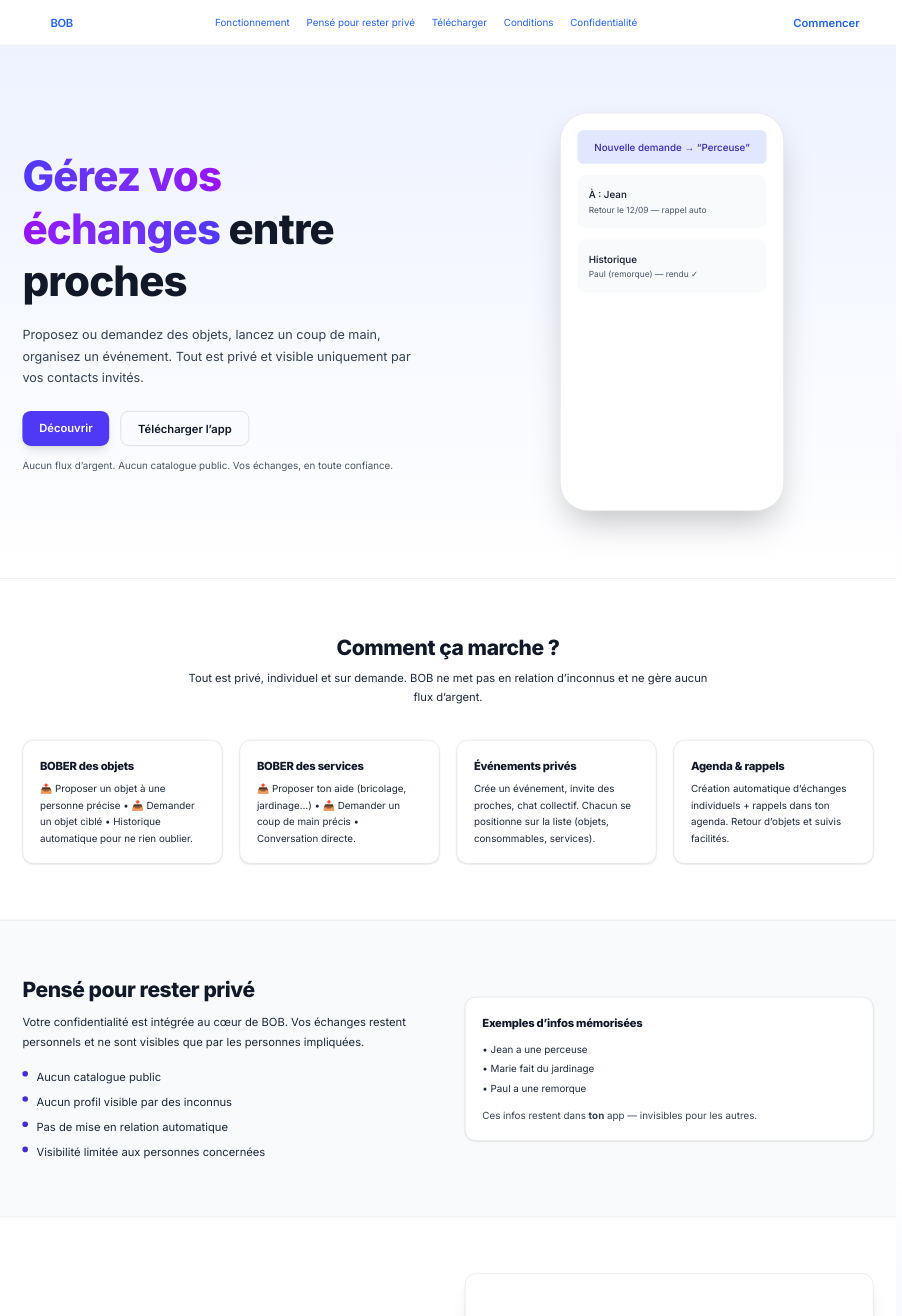
Repository: JeanCharlesMEILLAND/new-bob
Page: /
The author's editor kept a copy of each file at every save. The page is drawn from the files as they stood at one save, then again after the next save.
The browser window is 1280 px wide. The page is 1288 px wide, so the pictures cover 1288 px, including what lies to the right of the window. The pictures show the part of the page from y = 0 to 1880 px (the page is 2700 px tall), at 70% of full size.
The project was rebuilt for these pictures with package versions that can differ from the ones it lists, and the page was loaded fresh each time. The framework's server and built-in components were replaced by stand-ins that run in the browser. Also part of the build but not shown: next.config.ts.

Above is the page before, as saved 2025-08-12 00:27:09.

After the next save:
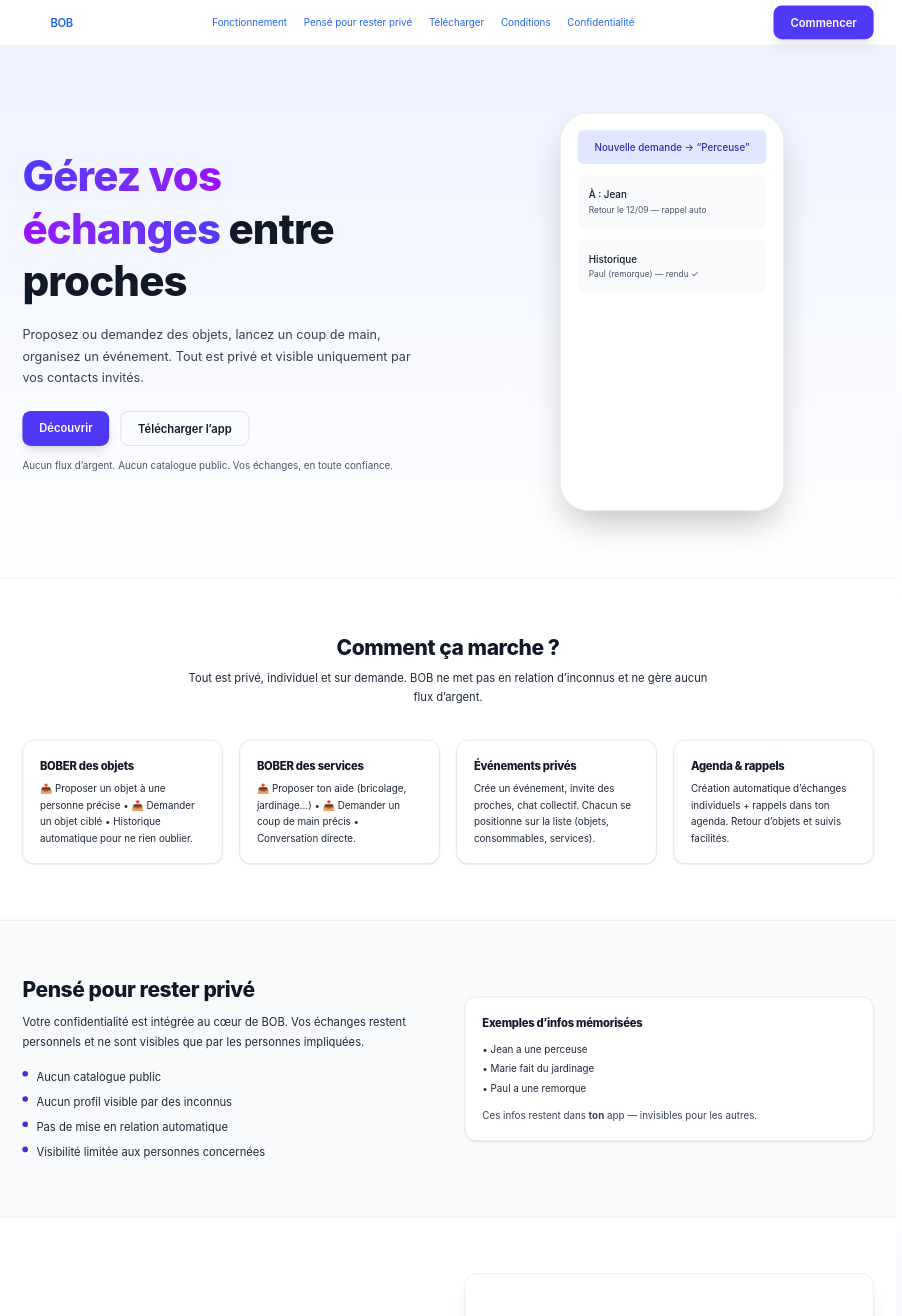
Saved 15 s later.
--- a/src/app/layout.tsx
+++ b/src/app/layout.tsx
@@ -1,9 +1,6 @@
 import type { Metadata } from "next";
 import Link from "next/link";
-import { Inter } from "next/font/google";
 import "./globals.css";
-
-const inter = Inter({ subsets: ["latin"], display: "swap" });
 
 export const metadata: Metadata = {
   title: "BOB — Carnet privé d’échanges entre proches",
@@ -34,7 +31,7 @@
 export default function RootLayout({ children }: { children: React.ReactNode }) {
   return (
     <html lang="fr">
-      <body className={`${inter.className} antialiased bg-white text-gray-900`}>
+      <body className="antialiased bg-white text-gray-900">
         {/* HEADER */}
         <header className="sticky top-0 z-50 backdrop-blur bg-white/95 border-b border-gray-200 shadow-soft">
           <div className="container h-16 flex items-center justify-between">
@@ -46,20 +43,15 @@
 
             {/* Nav */}
             <nav className="hidden md:flex items-center gap-6">
-              <a href="#fonctionnement" className="text-sm text-gray-900 hover:text-brand">Fonctionnement</a>
-              <a href="#prive" className="text-sm text-gray-900 hover:text-brand">Pensé pour rester privé</a>
-              <a href="#telecharger" className="text-sm text-gray-900 hover:text-brand">Télécharger</a>
-              <Link href="/conditions-utilisation" className="text-sm text-gray-900 hover:text-brand">Conditions</Link>
-              <Link href="/confidentialite" className="text-sm text-gray-900 hover:text-brand">Confidentialité</Link>
+              <a href="#fonctionnement" className="text-sm text-gray-900 hover:text-brand-dark">Fonctionnement</a>
+              <a href="#prive" className="text-sm text-gray-900 hover:text-brand-dark">Pensé pour rester privé</a>
+              <a href="#telecharger" className="text-sm text-gray-900 hover:text-brand-dark">Télécharger</a>
+              <Link href="/conditions-utilisation" className="text-sm text-gray-900 hover:text-brand-dark">Conditions</Link>
+              <Link href="/confidentialite" className="text-sm text-gray-900 hover:text-brand-dark">Confidentialité</Link>
             </nav>
 
             {/* CTA */}
-            <a
-              href="#telecharger"
-              className="px-5 py-2.5 rounded-xl bg-brand text-white font-semibold shadow-soft hover:bg-brand-dark focus:outline-none focus:ring-2 focus:ring-brand focus:ring-offset-2 transition"
-            >
-              Commencer
-            </a>
+            <a href="#telecharger" className="btn-primary">Commencer</a>
           </div>
         </header>
 
